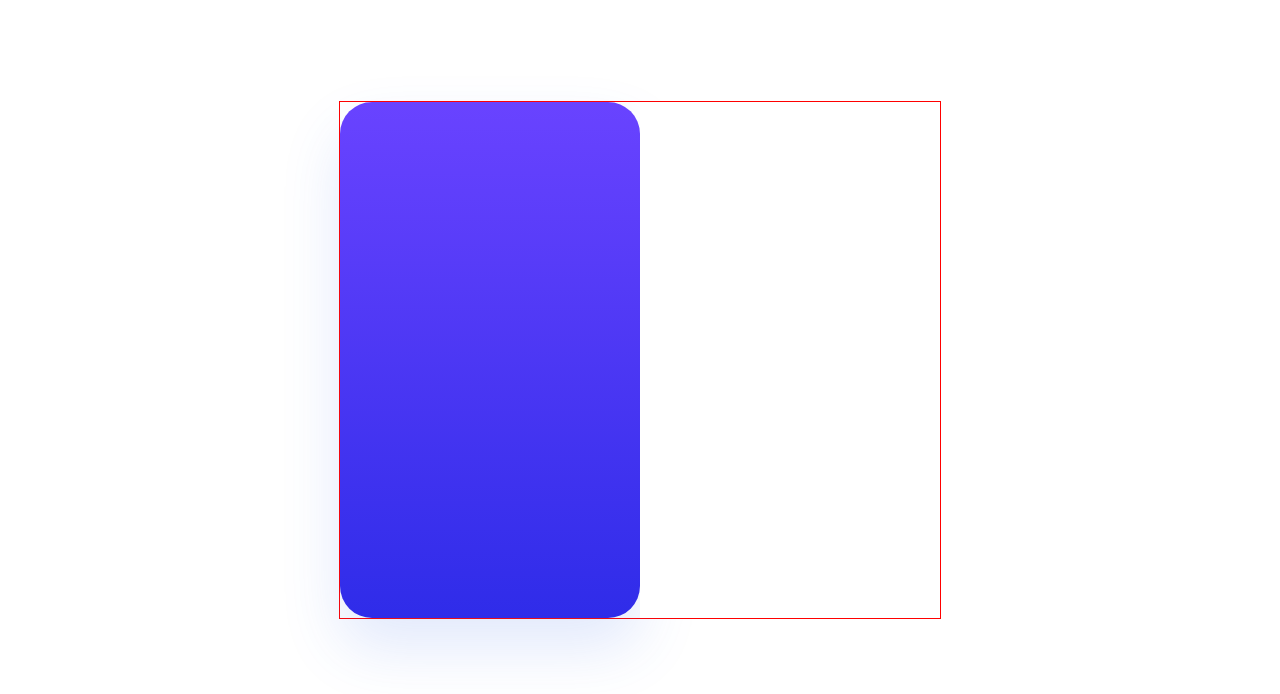
Repository: KamoliddinGIT/result-summary
Page: index.html
The author's editor kept a copy of each file at every save. The page is drawn from the files as they stood at one save, then again after a run of saves.
The browser window is 1280 px wide. The pictures show the whole page.

Above is the page before, as saved 2023-09-08 15:33:25.

### index.html
<!DOCTYPE html>
<html lang="en">
  <head>
    <meta charset="UTF-8" />
    <meta name="viewport" content="width=device-width, initial-scale=1.0" />
    <link
      rel="icon"
      type="image/png"
      sizes="32x32"
      href="./assets/images/favicon-32x32.png"
    />
    <link rel="stylesheet" href="css/style.css" />
    <title>Frontend Mentor | Results summary component</title>
  </head>
  <body>
    <div class="container">
      <div class="result-box"></div>
      <div class="summary-box"></div>
    </div>

    <script src="js/index.js"></script>
  </body>
</html>

### css/style.css
* {
  margin: 0;
  padding: 0;
  box-sizing: border-box;
}

body {
  width: 100%;
  height: 100vh;
  display: flex;
  justify-content: center;
  align-items: center;
}

.container {
  width: 47%;
  display: flex;
  justify-content: center;
  align-items: center;
  height: 72%;
  background-color: white;
  border: 1px solid red;
}

.result-box {
  width: 50%;
  height: 100%;
  border-radius: 32px;
  box-shadow: 0px 30px 60px 0px rgba(61, 108, 236, 0.15);
  background-image: linear-gradient(
    180deg,
    #75f 0%,
    #6943ff 0.01%,
    #2f2ce9 100%
  );
  color: #cac9ff;
}

.summary-box {
  width: 50%;
  height: 100%;
  border-radius: 0 25px 25px 0;
  background-color: #fff;
  /* box-shadow: 0px 30px 60px 0px rgba(61, 108, 236, 0.15); */
}

Loaded but not shown: js/index.js (common file)

After the next 2 saves:
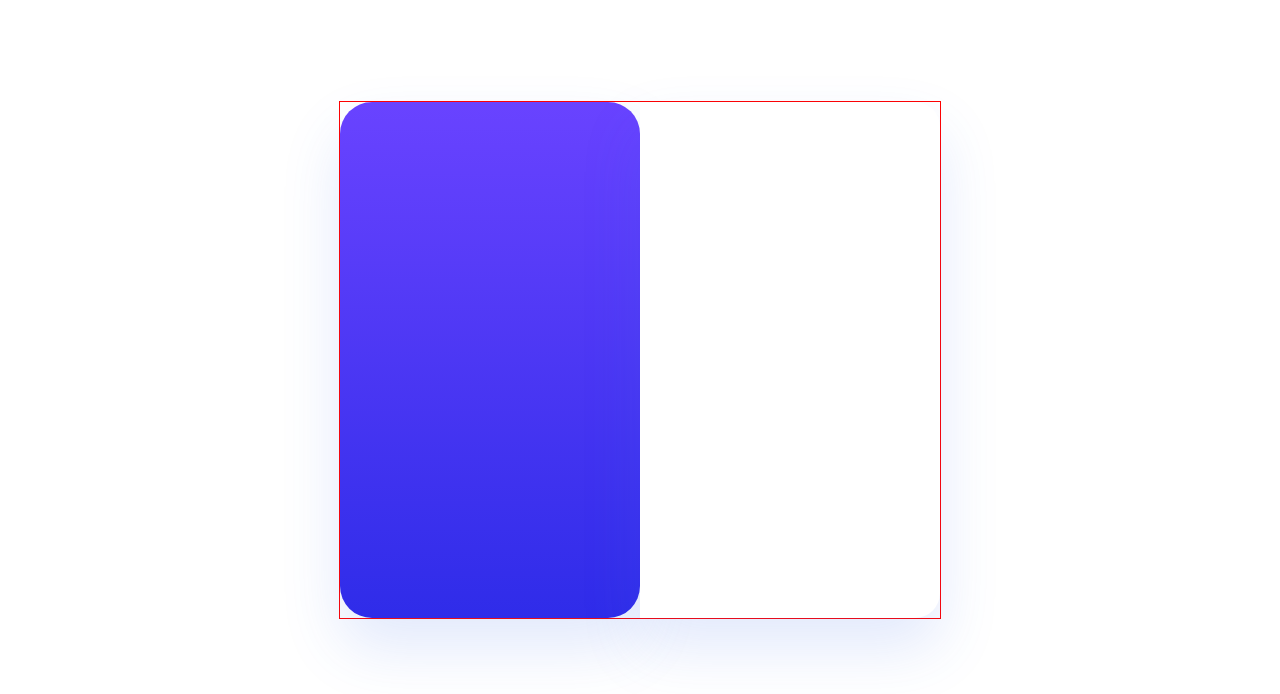
The 2 saves are shown as one change because they came seconds apart.
The last was saved 11 s later.
--- a/css/style.css
+++ b/css/style.css
@@ -40,6 +40,6 @@
   width: 50%;
   height: 100%;
   border-radius: 0 25px 25px 0;
-  background-color: #fff;
-  /* box-shadow: 0px 30px 60px 0px rgba(61, 108, 236, 0.15); */
+  background-color: white;
+  box-shadow: 0px 30px 60px 0px rgba(61, 108, 236, 0.15);
 }
